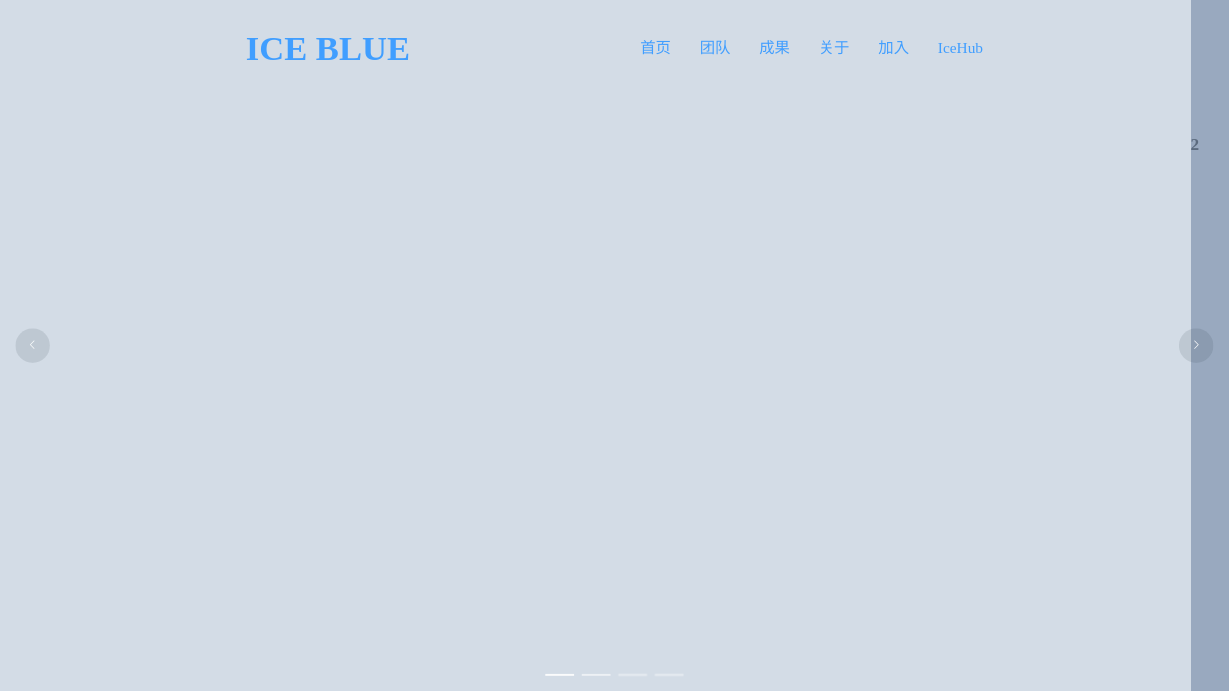
Repository: zxl-lxz/iceblue
Page: /
The author's editor kept a copy of each file at every save. The page is drawn from the files as they stood at one save, then again after the next save.
The browser window is 1280 px wide. The pictures show the whole page, at 96% of full size.
The project was rebuilt for these pictures with package versions that can differ from the ones it lists, and the page was loaded fresh each time.

Above is the page before, as saved 2018-03-22 10:29:20.

### src/main.js
// The Vue build version to load with the `import` command
// (runtime-only or standalone) has been set in webpack.base.conf with an alias.
import Vue from 'vue'
import ElementUI from 'element-ui'
import 'element-ui/lib/theme-chalk/index.css'
import App from './App'
import router from './router'

Vue.config.productionTip = false

Vue.use(ElementUI)
/* eslint-disable no-new */
new Vue({
  el: '#app',
  router,
  components: { App },
  template: '<App/>'
})

### src/App.vue
<template>
  <div id="app">
    <ice-header></ice-header>
    <ice-team></ice-team>
  </div>
</template>

<script>
import IceHeader from 'components/ice-header/ice-header'
import IceTeam from 'components/ice-team/ice-team'
export default {
  name: 'App',
  components: {
    IceHeader,
    IceTeam
  }
}
</script>

<style>
@import 'assets/reset.css';

html,
body,
div {
  height: 100%;
}
</style>

### src/router/index.js
import Vue from 'vue'
import Router from 'vue-router'

Vue.use(Router)

export default new Router({
  routes: [ ]
})

### src/assets/reset.css
blockquote,body,button,dd,dl,dt,fieldset,form,h1,h2,h3,h4,h5,h6,hr,input,legend,li,ol,p,pre,td,textarea,th,ul {margin:0;padding:0}
h1,h2,h3,h4,h5,h6 {font-size:100%}
address,cite,dfn,em,var {font-style:normal}
code,kbd,pre,samp {font-family:courier new,courier,monospace}
small {font-size:12px}
ol,ul {list-style:none}
a {text-decoration:none}
a:hover {text-decoration:underline}
sup {vertical-align:text-top}
sub {vertical-align:text-bottom}
legend {color:#000}
fieldset,img {border:0}
button,input,select,textarea {font-size:100%}
table {border-collapse:collapse;border-spacing:0}

### src/components/ice-header/ice-header.vue
<template>
  <div class="ice-header">
    <el-row>
      <el-col :span="24">
          <div class="main">
            <h1 class="logo"><a href="">ICE  BLUE</a></h1>
              <ul>
                <li><a href="">首页</a></li>
                <li><a href="">团队</a></li>
                <li><a href="">成果</a></li>
                <li><a href="">关于</a></li>
                <li><a href="">加入</a></li>
                <li><a href="">IceHub</a></li>
              </ul>
          </div>
      </el-col>
    </el-row>
  </div>
</template>

<script type="text/javascript">
export default {}
</script>

<style scoped>
.ice-header {
  width: 100%;
  height: 100px;
  position: fixed;
  top: 0;
  z-index: 999;
}
.el-row {
  width: 100%;
  height: 100px;
  position: fixed;
  top: 0;
  left: 0;
  overflow: hidden;
}
.ice-header a:hover {
  text-decoration: none;
}
.main {
  width: 60%;
  height: 100px;
  margin: 0 auto;
}
.logo {
  height: 100px;
  float: left;
  line-height: 100px;
}
.logo a {
  font-family: 'Antique Olive';
  font-size: 36px;
  font-weight: bolder;
  color: #409eff;
}
ul {
  float: right;
  line-height: 100px;
}
ul li {
  display: inline-block;
  padding-left: 30px;
}
ul li a {
  font-size: 16px;
  color: #409eff;
}
</style>

### src/components/ice-team/ice-team.vue
<template>
  <div class="ice-team">
    <el-carousel :interval="5000" arrow="always" height="100%">
        <el-carousel-item v-for="item in 4" :key="item">
            <h3>{{ item }}</h3>
        </el-carousel-item>
    </el-carousel>
  </div>
</template>

<script type="text/ecmascript6">
export default {

}
</script>

<style scoped>
	.el-carousel__item h3 {
    color: #475669;
    font-size: 18px;
    opacity: 0.75;
    line-height: 300px;
    margin: 0;
  }

  .el-carousel__item:nth-child(2n) {
    background-color: #99a9bf;
  }

  .el-carousel__item:nth-child(2n+1) {
    background-color: #d3dce6;
  }
</style>

### src/components/ice-achievements/ice-ach.vue
<template>
  <div class="iceAch"></div>
</template>

<script>
export default {}
</script>

<style scoped>
.iceAch {
  width: 100%;
  height: 300px;
}
</style>

Loaded but not shown: index.html (common file)

After the next save:
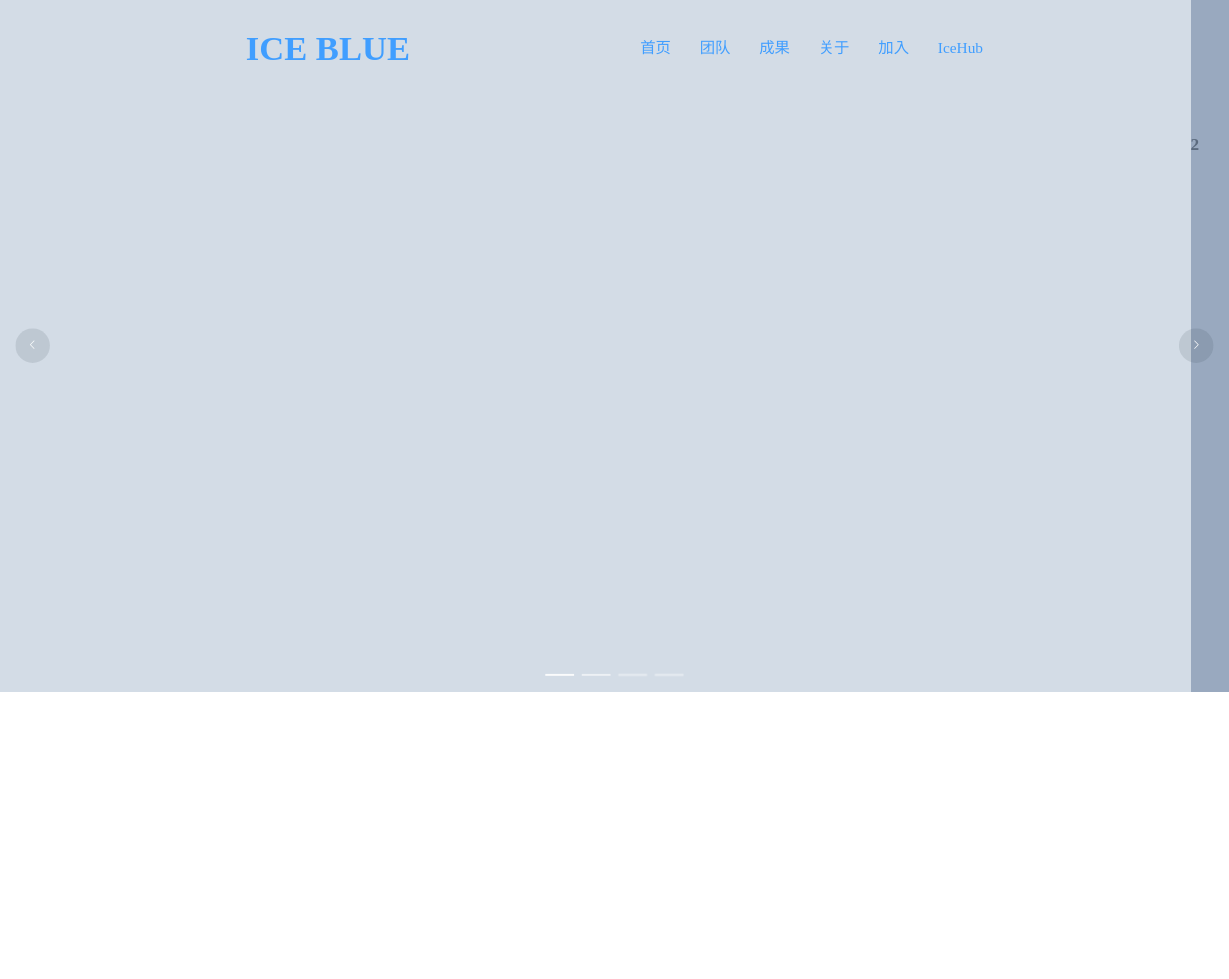
Saved 87 s later.
--- a/src/App.vue
+++ b/src/App.vue
@@ -2,17 +2,20 @@
   <div id="app">
     <ice-header></ice-header>
     <ice-team></ice-team>
+    <ice-ach></ice-ach>
   </div>
 </template>
 
 <script>
 import IceHeader from 'components/ice-header/ice-header'
 import IceTeam from 'components/ice-team/ice-team'
+import IceAch from 'components/ice-achievements/ice-ach'
 export default {
   name: 'App',
   components: {
     IceHeader,
-    IceTeam
+    IceTeam,
+    IceAch
   }
 }
 </script>
